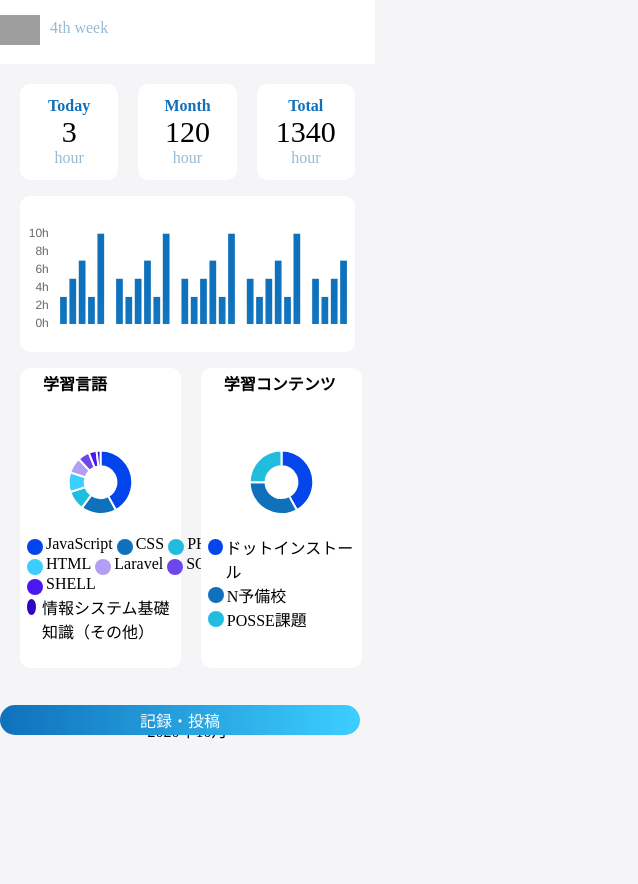
Repository: posse-ap/gen2.0-kamibayasitaito
Page: app/app.html
An editor plug-in stored every save of this project. The page is shown before and after the next save, followed by the edit.
The browser window is 375 px wide. The page is 638 px wide, so the pictures cover 638 px, including what lies to the right of the window. The pictures show the whole page.
Pictures or frames that could not be fetched are drawn as grey boxes. Some web libraries are served in a nearby version.

Above is the page before, as saved 2021-11-26 18:54:13.

After the next save:
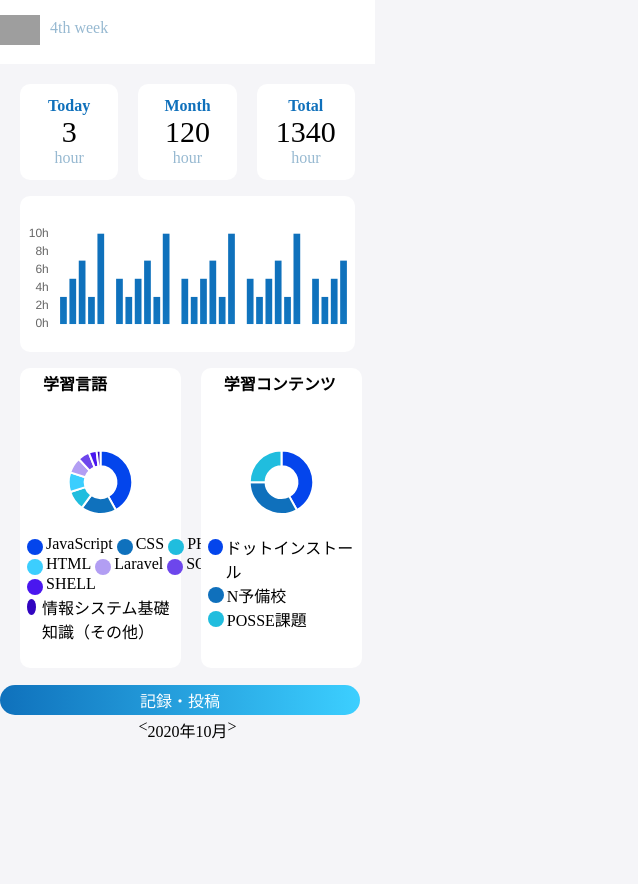
Saved 5 s later.
--- a/app/app_smartphone.css
+++ b/app/app_smartphone.css
@@ -326,7 +326,7 @@
               transform: translateY(50%);
              border-radius: 30px;
               background: linear-gradient(to right,#0f71bc,#3ccfff);
-              bottom: 80px;
+              bottom: 100px;
               cursor: pointer;
         }
 
